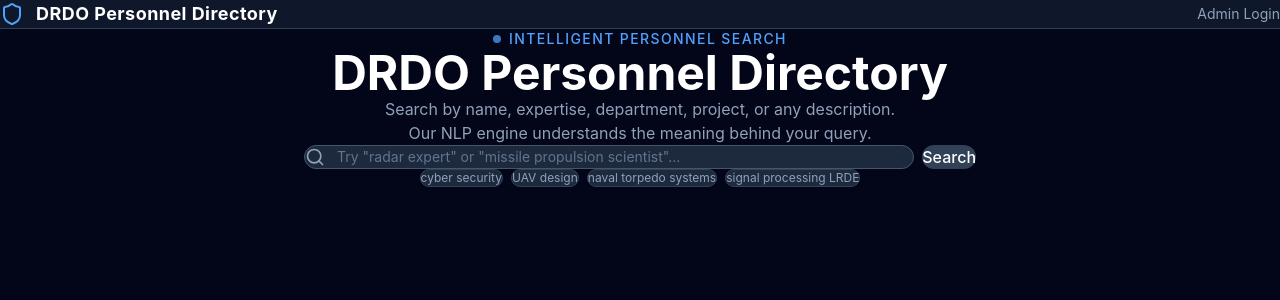
Repository: Mandeepigdtuw/DRDO-Directory
Page: / (app in frontend/)
These files come from the project's save history. The page is drawn as it stood at one moment and after the next save; the edit follows.
The browser window is 1280 px wide. The pictures show the whole page.
The project was rebuilt for these pictures with package versions that can differ from the ones it lists, and the page was loaded fresh each time. Also part of the build but not shown: frontend/vite.config.js, frontend/src/components/PersonnelCard.jsx, frontend/src/components/ProfileModal.jsx, frontend/src/pages/AdminLogin.jsx, frontend/src/pages/AdminDashboard.jsx, frontend/src/pages/ManagePersonnel.jsx, frontend/src/pages/AddPersonnel.jsx, frontend/src/pages/EditPersonnel.jsx and 2 more.

Above is the page before, as saved 2026-06-27 16:02:47.

### frontend/src/index.css
@import "tailwindcss";
@tailwind base;
@tailwind components;
@tailwind utilities;

* {
  margin: 0;
  padding: 0;
  box-sizing: border-box;
}

body {
  font-family: 'Inter', sans-serif;
  background-color: #0f172a;
  color: #e2e8f0;
}

### frontend/src/App.jsx
// src/App.jsx
import { BrowserRouter, Routes, Route, Navigate } from 'react-router-dom'
import SearchPage from './pages/SearchPage'
import AdminLogin from './pages/AdminLogin'
import AdminDashboard from './pages/AdminDashboard'
import ManagePersonnel from './pages/ManagePersonnel'
import AddPersonnel from './pages/AddPersonnel'
import EditPersonnel from './pages/EditPersonnel'
import AnalyticsDashboard from './pages/AnalyticsDashboard'
import ProtectedRoute from './components/ProtectedRoute'

export default function App() {
  return (
    <BrowserRouter>
      <Routes>
        {/* User Side - Public */}
        <Route path="/" element={<SearchPage />} />

        {/* Admin Login - Public */}
        <Route path="/admin/login" element={<AdminLogin />} />

        {/* Admin Side - Protected (need JWT token) */}
        <Route path="/admin" element={<ProtectedRoute />}>
          <Route path="dashboard" element={<AdminDashboard />} />
          <Route path="personnel" element={<ManagePersonnel />} />
          <Route path="personnel/add" element={<AddPersonnel />} />
          <Route path="personnel/edit/:employee_id" element={<EditPersonnel />} />
          <Route path="analytics" element={<AnalyticsDashboard />} />
        </Route>

        {/* Catch all unknown URLs → redirect to home */}
        <Route path="*" element={<Navigate to="/" />} />
      </Routes>
    </BrowserRouter>
  )
}

### frontend/src/pages/SearchPage.jsx
// src/pages/SearchPage.jsx
import { useState } from 'react'
import { Search, Loader2 } from 'lucide-react'
import Navbar from '../components/Navbar'
import PersonnelCard from '../components/PersonnelCard'
import ProfileModal from '../components/ProfileModal'
import { searchPersonnel } from '../services/api'

export default function SearchPage() {
  const [query, setQuery] = useState('')
  const [results, setResults] = useState([])
  const [loading, setLoading] = useState(false)
  const [searched, setSearched] = useState(false)
  const [selectedPerson, setSelectedPerson] = useState(null)
  const [error, setError] = useState('')

  const handleSearch = async () => {
    if (!query.trim()) return
    setLoading(true)
    setError('')
    setSearched(false)

    try {
      const response = await searchPersonnel(query)
      setResults(response.data.results)
      setSearched(true)
    } catch (err) {
      setError('Search failed. Please make sure the backend server is running.')
    } finally {
      setLoading(false)
    }
  }

  const handleKeyDown = (e) => {
    if (e.key === 'Enter') handleSearch()
  }

  return (
    <div className="min-h-screen bg-slate-950">
      <Navbar isAdmin={false} />

      {/* Hero Search Section */}
      <div className="flex flex-col items-center justify-center px-4 py-20">
        <div className="mb-3 flex items-center gap-2">
          <div className="w-2 h-2 rounded-full bg-blue-400 animate-pulse" />
          <span className="text-blue-400 text-sm font-medium tracking-widest uppercase">
            Intelligent Personnel Search
          </span>
        </div>

        <h1 className="text-4xl md:text-5xl font-bold text-white text-center mb-3">
          DRDO Personnel Directory
        </h1>
        <p className="text-slate-400 text-center mb-10 max-w-lg">
          Search by name, expertise, department, project, or any description.
          Our NLP engine understands the meaning behind your query.
        </p>

        {/* Search Bar */}
        <div className="w-full max-w-2xl flex gap-2">
          <div className="flex-1 flex items-center bg-slate-800 border border-slate-600 rounded-xl px-4 gap-3 focus-within:border-blue-500 transition-colors">
            <Search className="text-slate-400 shrink-0" size={20} />
            <input
              type="text"
              value={query}
              onChange={(e) => setQuery(e.target.value)}
              onKeyDown={handleKeyDown}
              placeholder='Try "radar expert" or "missile propulsion scientist"...'
              className="flex-1 bg-transparent text-white py-4 outline-none placeholder-slate-500 text-sm"
            />
          </div>
          <button
            onClick={handleSearch}
            disabled={loading || !query.trim()}
            className="bg-blue-600 hover:bg-blue-500 disabled:bg-slate-700 disabled:cursor-not-allowed text-white px-6 rounded-xl font-medium transition-colors flex items-center gap-2"
          >
            {loading ? <Loader2 size={18} className="animate-spin" /> : 'Search'}
          </button>
        </div>

        {/* Example queries */}
        <div className="flex flex-wrap gap-2 mt-4 justify-center">
          {['cyber security', 'UAV design', 'naval torpedo systems', 'signal processing LRDE'].map((hint) => (
            <button
              key={hint}
              onClick={() => { setQuery(hint); }}
              className="text-xs text-slate-400 hover:text-blue-400 bg-slate-800 hover:bg-slate-700 px-3 py-1.5 rounded-full border border-slate-700 transition-colors"
            >
              {hint}
            </button>
          ))}
        </div>
      </div>

      {/* Results Section */}
      <div className="max-w-5xl mx-auto px-4 pb-16">
        {error && (
          <div className="text-red-400 bg-red-400/10 border border-red-400/20 rounded-xl p-4 text-center mb-6">
            {error}
          </div>
        )}

        {searched && (
          <p className="text-slate-400 text-sm mb-4">
            {results.length > 0
              ? `${results.length} results for "${query}" — ranked by relevance`
              : `No results found for "${query}"`}
          </p>
        )}

        {results.length > 0 && (
          <div className="grid grid-cols-1 md:grid-cols-2 gap-4">
            {results.map((person, index) => (
              <PersonnelCard
                key={person.employee_id}
                person={person}
                rank={index + 1}
                onClick={() => setSelectedPerson(person)}
              />
            ))}
          </div>
        )}

        {searched && results.length === 0 && (
          <div className="text-center py-16 text-slate-500">
            <Search size={48} className="mx-auto mb-4 opacity-30" />
            <p className="text-lg">No personnel found matching your query.</p>
            <p className="text-sm mt-2">Try different keywords or a broader description.</p>
          </div>
        )}
      </div>

      {/* Profile Modal */}
      {selectedPerson && (
        <ProfileModal
          person={selectedPerson}
          onClose={() => setSelectedPerson(null)}
        />
      )}
    </div>
  )
}

### frontend/src/components/Navbar.jsx
// src/components/Navbar.jsx
import { Link, useNavigate, useLocation } from 'react-router-dom'
import { Shield, LogOut, Users, BarChart2, Plus, Search } from 'lucide-react'

export default function Navbar({ isAdmin = false }) {
  const navigate = useNavigate()
  const location = useLocation()

  const handleLogout = () => {
    localStorage.removeItem('admin_token')
    navigate('/admin/login')
  }

  const isActive = (path) =>
    location.pathname === path
      ? 'bg-blue-600 text-white'
      : 'text-slate-300 hover:text-white hover:bg-slate-700'

  if (!isAdmin) {
    // Simple navbar for user search page
    return (
      <nav className="bg-slate-900 border-b border-slate-700 px-6 py-4 flex items-center justify-between">
        <div className="flex items-center gap-3">
          <Shield className="text-blue-400" size={24} />
          <span className="text-white font-bold text-lg tracking-wide">
            DRDO Personnel Directory
          </span>
        </div>
        <Link
          to="/admin/login"
          className="text-slate-400 hover:text-white text-sm transition-colors"
        >
          Admin Login
        </Link>
      </nav>
    )
  }

  // Full navbar for admin pages
  return (
    <nav className="bg-slate-900 border-b border-slate-700 px-6 py-3 flex items-center justify-between">
      <div className="flex items-center gap-3">
        <Shield className="text-blue-400" size={22} />
        <span className="text-white font-bold tracking-wide">DRDO Admin</span>
      </div>

      <div className="flex items-center gap-2">
        <Link
          to="/"
          className={`flex items-center gap-2 px-3 py-2 rounded-lg text-sm transition-colors ${isActive('/')}`}
        >
          <Search size={15} /> Search
        </Link>
        <Link
          to="/admin/dashboard"
          className={`flex items-center gap-2 px-3 py-2 rounded-lg text-sm transition-colors ${isActive('/admin/dashboard')}`}
        >
          <Shield size={15} /> Dashboard
        </Link>
        <Link
          to="/admin/personnel"
          className={`flex items-center gap-2 px-3 py-2 rounded-lg text-sm transition-colors ${isActive('/admin/personnel')}`}
        >
          <Users size={15} /> Personnel
        </Link>
        <Link
          to="/admin/personnel/add"
          className={`flex items-center gap-2 px-3 py-2 rounded-lg text-sm transition-colors ${isActive('/admin/personnel/add')}`}
        >
          <Plus size={15} /> Add
        </Link>
        <Link
          to="/admin/analytics"
          className={`flex items-center gap-2 px-3 py-2 rounded-lg text-sm transition-colors ${isActive('/admin/analytics')}`}
        >
          <BarChart2 size={15} /> Analytics
        </Link>
      </div>

      <button
        onClick={handleLogout}
        className="flex items-center gap-2 text-slate-400 hover:text-red-400 text-sm transition-colors"
      >
        <LogOut size={16} /> Logout
      </button>
    </nav>
  )
}

### frontend/src/services/api.js
// src/services/api.js
import axios from 'axios'

const BASE_URL = 'http://localhost:8000'

// Create axios instance pointing to our backend
const api = axios.create({
  baseURL: BASE_URL,
})

// Automatically attach JWT token to every request if it exists
api.interceptors.request.use((config) => {
  const token = localStorage.getItem('admin_token')
  if (token) {
    config.headers.Authorization = `Bearer ${token}`
  }
  return config
})

// ─── AUTH ────────────────────────────────────────
export const loginAdmin = (username, password) =>
  api.post('/auth/login', { username, password })

// ─── SEARCH ──────────────────────────────────────
export const searchPersonnel = (query) =>
  api.get(`/search/?q=${encodeURIComponent(query)}`)

// ─── ADMIN PERSONNEL ─────────────────────────────
export const getAllPersonnel = () =>
  api.get('/admin/personnel')

export const getPersonById = (employee_id) =>
  api.get(`/admin/personnel/${employee_id}`)

export const addPersonnel = (data) =>
  api.post('/admin/personnel', data)

export const updatePersonnel = (employee_id, data) =>
  api.put(`/admin/personnel/${employee_id}`, data)

export const deletePersonnel = (employee_id) =>
  api.delete(`/admin/personnel/${employee_id}`)

// ─── ANALYTICS ───────────────────────────────────
export const getAnalyticsSummary = () =>
  api.get('/admin/analytics/summary')

export const getTopSearches = () =>
  api.get('/admin/analytics/top-searches')

export const getSearchTrends = () =>
  api.get('/admin/analytics/trends')

export const getDepartmentStats = () =>
  api.get('/admin/analytics/department-stats')

export const getZeroResults = () =>
  api.get('/admin/analytics/zero-results')

Loaded but not shown: frontend/src/main.jsx (common file)

After the next save:
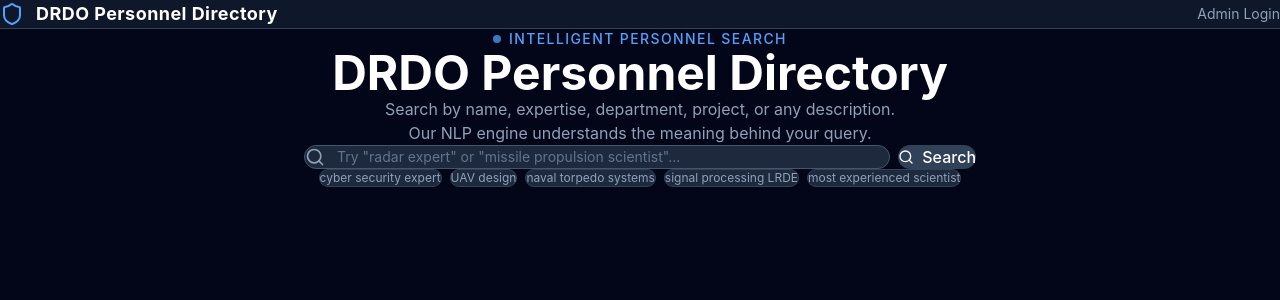
Saved 25 min 18 s later.
--- a/frontend/src/pages/SearchPage.jsx
+++ b/frontend/src/pages/SearchPage.jsx
@@ -14,6 +14,20 @@
   const [selectedPerson, setSelectedPerson] = useState(null)
   const [error, setError] = useState('')
 
+  // Detect if query is asking for experience-based sorting
+  const isExperienceQuery = (q) => {
+    const lower = q.toLowerCase()
+    return (
+      lower.includes('maximum experience') ||
+      lower.includes('most experience') ||
+      lower.includes('most experienced') ||
+      lower.includes('maximum years') ||
+      lower.includes('highest experience') ||
+      lower.includes('senior most') ||
+      lower.includes('most senior')
+    )
+  }
+
   const handleSearch = async () => {
     if (!query.trim()) return
     setLoading(true)
@@ -22,7 +36,16 @@
 
     try {
       const response = await searchPersonnel(query)
-      setResults(response.data.results)
+      let data = response.data.results
+
+      // If asking for experience, sort by years_of_experience descending
+      if (isExperienceQuery(query)) {
+        data = [...data].sort(
+          (a, b) => b.years_of_experience - a.years_of_experience
+        )
+      }
+
+      setResults(data)
       setSearched(true)
     } catch (err) {
       setError('Search failed. Please make sure the backend server is running.')
@@ -40,7 +63,7 @@
       <Navbar isAdmin={false} />
 
       {/* Hero Search Section */}
-      <div className="flex flex-col items-center justify-center px-4 py-20">
+      <div className="flex flex-col items-center justify-center px-4 py-16">
         <div className="mb-3 flex items-center gap-2">
           <div className="w-2 h-2 rounded-full bg-blue-400 animate-pulse" />
           <span className="text-blue-400 text-sm font-medium tracking-widest uppercase">
@@ -51,7 +74,7 @@
         <h1 className="text-4xl md:text-5xl font-bold text-white text-center mb-3">
           DRDO Personnel Directory
         </h1>
-        <p className="text-slate-400 text-center mb-10 max-w-lg">
+        <p className="text-slate-400 text-center mb-10 max-w-lg text-sm md:text-base">
           Search by name, expertise, department, project, or any description.
           Our NLP engine understands the meaning behind your query.
         </p>
@@ -68,22 +91,39 @@
               placeholder='Try "radar expert" or "missile propulsion scientist"...'
               className="flex-1 bg-transparent text-white py-4 outline-none placeholder-slate-500 text-sm"
             />
+            {query && (
+              <button
+                onClick={() => { setQuery(''); setResults([]); setSearched(false) }}
+                className="text-slate-500 hover:text-white transition-colors text-lg leading-none"
+              >
+                ×
+              </button>
+            )}
           </div>
           <button
             onClick={handleSearch}
             disabled={loading || !query.trim()}
-            className="bg-blue-600 hover:bg-blue-500 disabled:bg-slate-700 disabled:cursor-not-allowed text-white px-6 rounded-xl font-medium transition-colors flex items-center gap-2"
+            className="bg-blue-600 hover:bg-blue-500 disabled:bg-slate-700 disabled:cursor-not-allowed text-white px-6 rounded-xl font-medium transition-colors flex items-center gap-2 whitespace-nowrap"
           >
-            {loading ? <Loader2 size={18} className="animate-spin" /> : 'Search'}
+            {loading
+              ? <Loader2 size={18} className="animate-spin" />
+              : <><Search size={16} /> Search</>
+            }
           </button>
         </div>
 
-        {/* Example queries */}
-        <div className="flex flex-wrap gap-2 mt-4 justify-center">
-          {['cyber security', 'UAV design', 'naval torpedo systems', 'signal processing LRDE'].map((hint) => (
+        {/* Example query hints */}
+        <div className="flex flex-wrap gap-2 mt-4 justify-center max-w-2xl">
+          {[
+            'cyber security expert',
+            'UAV design',
+            'naval torpedo systems',
+            'signal processing LRDE',
+            'most experienced scientist',
+          ].map((hint) => (
             <button
               key={hint}
-              onClick={() => { setQuery(hint); }}
+              onClick={() => setQuery(hint)}
               className="text-xs text-slate-400 hover:text-blue-400 bg-slate-800 hover:bg-slate-700 px-3 py-1.5 rounded-full border border-slate-700 transition-colors"
             >
               {hint}
@@ -93,23 +133,29 @@
       </div>
 
       {/* Results Section */}
-      <div className="max-w-5xl mx-auto px-4 pb-16">
+      <div className="w-full max-w-5xl mx-auto px-4 pb-16">
         {error && (
-          <div className="text-red-400 bg-red-400/10 border border-red-400/20 rounded-xl p-4 text-center mb-6">
+          <div className="text-red-400 bg-red-400/10 border border-red-400/20 rounded-xl p-4 text-center mb-6 text-sm">
             {error}
           </div>
         )}
 
         {searched && (
-          <p className="text-slate-400 text-sm mb-4">
+          <p className="text-slate-400 text-sm mb-5 text-center">
             {results.length > 0
               ? `${results.length} results for "${query}" — ranked by relevance`
               : `No results found for "${query}"`}
           </p>
         )}
 
+        {/* Cards Grid — centered with auto columns */}
         {results.length > 0 && (
-          <div className="grid grid-cols-1 md:grid-cols-2 gap-4">
+          <div className="grid gap-4"
+            style={{
+              gridTemplateColumns: 'repeat(auto-fill, minmax(440px, 1fr))',
+              justifyItems: 'center',
+            }}
+          >
             {results.map((person, index) => (
               <PersonnelCard
                 key={person.employee_id}
